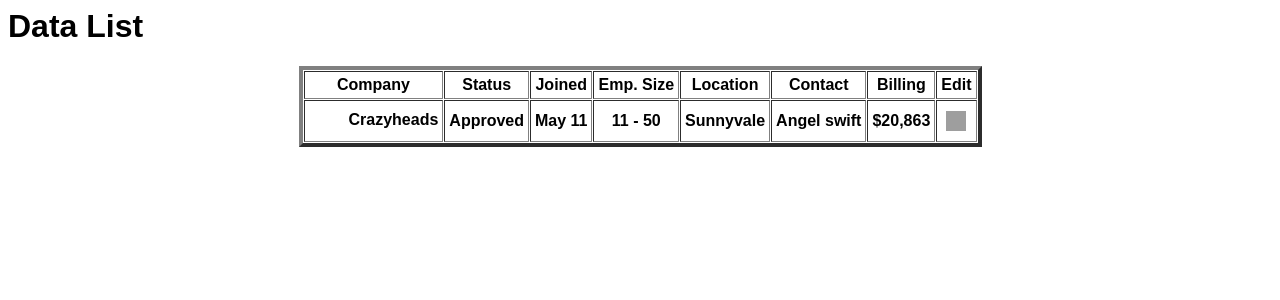
Repository: AdityaTech-Pro/FullStackWithBridgelabz
Page: Assignment2/Data_List/index.html
The author's editor kept a copy of each file at every save. The page is drawn from the files as they stood at one save, then again after the next save.
The browser window is 1280 px wide. The pictures show the whole page.
Pictures or frames that could not be fetched are drawn as grey boxes.

Above is the page before, as saved 2025-10-15 09:41:51.

### Assignment2/Data_List/index.html
<html>

<head>
    <style>
        body {
            font-family: Arial, Helvetica, sans-serif;
        }

        .center {
            margin-left: auto;
            margin-right: auto;
        }
        /* small icon class for action images */

        .icon {
            width: 20px;
            height: 20px;
            vertical-align: middle;
        }
        /* circular avatar placeholder that can contain an image */

        .avatar {
            display: inline-block;
            width: 32px;
            height: 32px;
            border-radius: 50%;
            background: Gr;
            margin-right: 8px;
            vertical-align: middle;
            overflow: hidden;
        }

        .avatar img {
            width: 100%;
            height: 100%;
            object-fit: cover;
            display: block;
        }
    </style>
</head>
<title>
    <h2>Welcome to My Web Page</h2>
</title>

<body>
    <table border="4" cellspacing="1" cellpadding="4" class="center">
        <h1 class="center">Data List</h1>
        <tr>
            <th>Company</th>
            <th>Status</th>
            <th>Joined</th>
            <th>Emp. Size</th>
            <th>Location</th>
            <th>Contact</th>
            <th>Billing</th>
            <th>Edit</th>
        </tr>

        <tr>
            <th><span class="avatar" id="avatar-crazyheads" title="Add logo"></span>Crazyheads</th>
            <th>Approved</th>
            <th>May 11</th>
            <th>11 - 50</th>
            <th>Sunnyvale</th>
            <th>Angel swift</th>
            <th>$20,863</th>
            <th>
                <img class="icon" src="https://www.svgrepo.com/show/325130/edit-pencil.svg" alt="Edit">
            </th>
        </tr>
    </table>

</body>

</html>

After the next save:
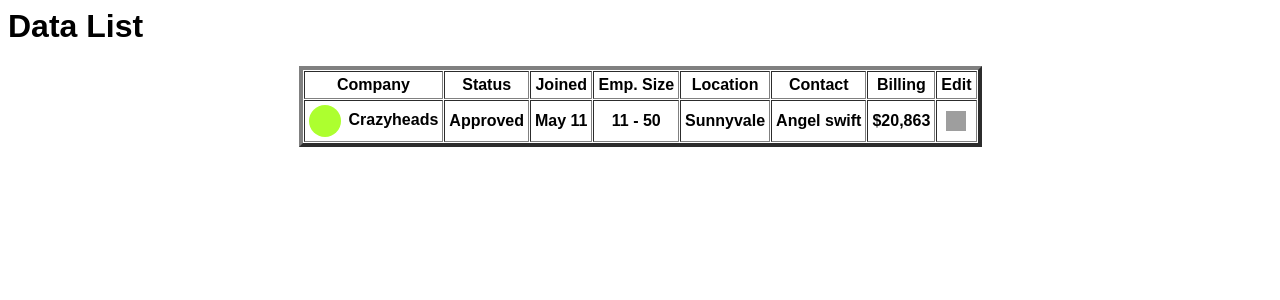
Saved 8 s later.
--- a/Assignment2/Data_List/index.html
+++ b/Assignment2/Data_List/index.html
@@ -24,7 +24,7 @@
             width: 32px;
             height: 32px;
             border-radius: 50%;
-            background: Gr;
+            background: greenyellow;
             margin-right: 8px;
             vertical-align: middle;
             overflow: hidden;

After the 2 saves that followed:
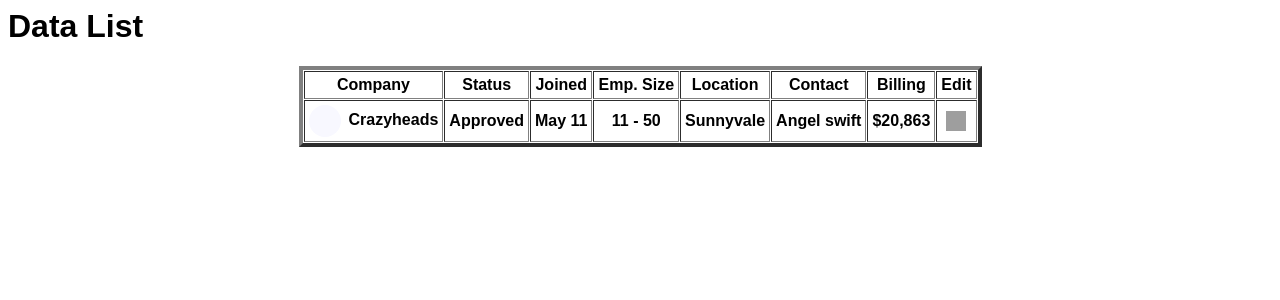
The 2 saves are shown as one change because they came seconds apart.
The last was saved 34 s later.
--- a/Assignment2/Data_List/index.html
+++ b/Assignment2/Data_List/index.html
@@ -24,7 +24,7 @@
             width: 32px;
             height: 32px;
             border-radius: 50%;
-            background: greenyellow;
+            background: ghostwhite;
             margin-right: 8px;
             vertical-align: middle;
             overflow: hidden;
